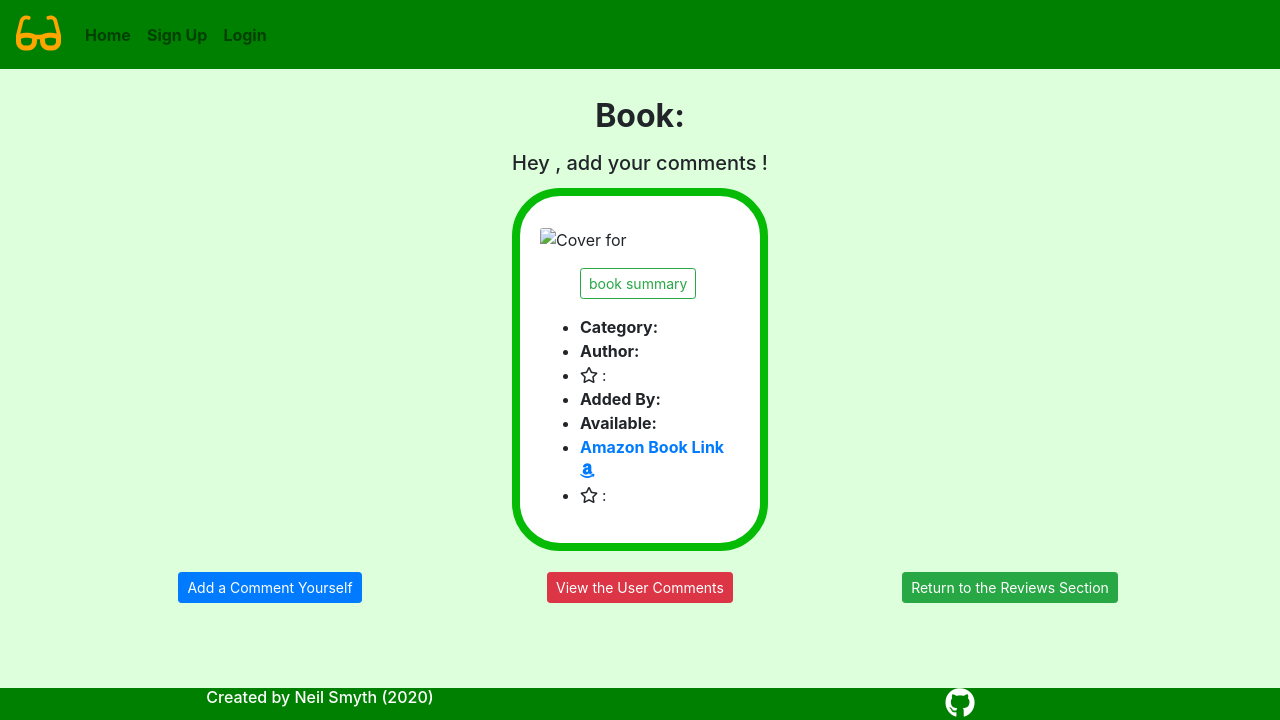
Repository: NeiloErnesto89/Data_Centric_Dev_Milestone_Project3
Page: templates/individual_book.html
The author's editor kept a record of every edit. The page is drawn from the files as they stood at one moment, then again after the next edit.
The browser window is 1280 px wide. The pictures show the whole page.
Some web libraries are served in a nearby version. The template is drawn by Flask 3. The application's start-up code is not run. Other server files are loaded and not shown. The template is opened directly, without the code that normally fills it, so the values that code supplies are empty.

Above is the page before.

### templates/individual_book.html
{% extends 'base.html' %} {% block content %}

<div class="container-fluid">

    <div class="row justify-content-center">

        <div class="col-md-12 text-center">
            <h2 class="add_header mt-3 mb-3"><strong>Book: {{ book.book_title }}</strong></h2>
            <h5>Hey {{ user.username }}, add your comments !</h5>
        </div>

        <div class="container-fluid">
            <div class="row justify-content-center">

                <div class="card" style="width: 16rem;">

                    <div class="card-body">

                        <h5 class="text-center card-title">{{book.book_title}}</h5>

                        <div><img class="book_image card-img-top mb-2" src="{{ book.pic }}" alt="Cover for {{ book.book_title }}"></div>

                        <ul>

                            <button class="mt-2 btn btn-outline-success btn-sm text-center" type="button" data-toggle="collapse" data-target="#collapse" aria-expanded="false" aria-controls="collapseExample">
                                book summary
                              </button>
                            </p>
                            <div class="collapse" id="collapse">
                                <div>
                                    {{book.summary}}
                                </div>
                            </div>

                            <li>
                                <b>Category:</b> {{book.category_name}}
                            </li>

                            <li>
                                <b>Author:</b> {{book.book_author}}
                            </li>

                            <li>
                                <b></b> <i class="far fa-star"> : </i> {{book.stars}}
                            </li>
                            <li>
                                <b>Added By:</b> {{book.added_by["username"]}}
                            </li>
                            <li>
                                <b>Available:</b> {{book.is_available}}
                            </li>

                            <li>
                                <a href="{{book.amazon}}"><b> Amazon Book Link <i class="fab fa-amazon"></i></b></a>
                            </li>
                            <li>
                                <b></b> <i class="far fa-star"> : </i> {{book.stars}}
                            </li>


                        </ul>

                    </div>
                </div>


            </div>
        </div>

        <div class="container-fluid mt-3">
            <div class="row">

                <div class="col-sm">

                    <div class='text-center'>
                        <a href="{{ url_for('comment_form') }}" class="btn btn-primary btn-sm">Add a Comment Yourself</a>
                    </div>
                </div>
                <div class="col-sm">
                    <div class="text-center">
                        <a class="btn btn-danger btn-sm"href="{{ url_for('all_comments', _user=book._id) }}" role="button" >View the User Comments</a>
                    </div>
                </div>
                <div class="col-sm">
                    <div class="text-center">
                        <a class="btn btn-success btn-sm" href="{{ url_for('all_reviews') }}" role="button">Return to the Reviews Section </a>
                    </div>
                </div>
                <hr>
            </div>
        </div>


    </div>

</div>

{% endblock %}

### templates/base.html
<!DOCTYPE html>
<html lang="en">

<head>
    <meta charset="UTF-8">
    <meta name="viewport" content="width=device-width, initial-scale=1.0">
    <meta http-equiv="X-UA-Compatible" content="ie=edge">

    <title>Book Reviews</title>

    <!-- Bootstrap -->
    <link rel="stylesheet" href="https://stackpath.bootstrapcdn.com/bootstrap/4.3.1/css/bootstrap.min.css" integrity="sha384-ggOyR0iXCbMQv3Xipma34MD+dH/1fQ784/j6cY/iJTQUOhcWr7x9JvoRxT2MZw1T" crossorigin="anonymous">

    <!-- Google Font-->

    <link href="https://fonts.googleapis.com/css?family=Montserrat:400,700" rel="stylesheet">

    <!-- Font Awesome-->

    <link rel="stylesheet" href="https://use.fontawesome.com/releases/v5.7.2/css/all.css" integrity="sha384-fnmOCqbTlWIlj8LyTjo7mOUStjsKC4pOpQbqyi7RrhN7udi9RwhKkMHpvLbHG9Sr" crossorigin="anonymous">

    <link rel="stylesheet" href="https://cdnjs.cloudflare.com/ajax/libs/font-awesome/4.7.0/css/font-awesome.min.css">

    <!-- CSS -->

    <link rel="stylesheet" href="{{url_for('static', filename='css/style.css')}}" type="text/css" />


</head>

<body>

<div class="cover-container d-flex mx-auto flex-column">

            <!--NavBar with Burger Icon-->

        <header class="nav-container">
            <nav class="navbar navbar-expand-lg navbar-light mb-1 text-center fixed-top">
                <a class="navbar-brand" data-target="#modalPopUp" data-toggle="modal"><i class="fas fa-glasses" style="font-size:40px;color:orange;"></i></a>
                <button class="navbar-toggler" type="button" data-toggle="collapse" data-target="#navbarTogglerDemo02" aria-controls="navbarTogglerDemo02" aria-expanded="false" aria-label="Toggle navigation">
                                <span class="navbar-toggler-icon"></span>
                              </button>
                <div class="collapse navbar-collapse" id="navbarTogglerDemo02">
                    <ul class="navbar-nav mr-auto mt-0 mt-lg-0">

                        <li class="nav-item">
                            <a class="nav-link" href="{{ url_for('index') }}"><b>Home</b></a>
                        </li>
                        <li class="nav-item">
                            <a class="nav-link" href="{{ url_for('signup') }}"><b>Sign Up</b></a>
                        </li>
                        <li class="nav-item">
                            <a class="nav-link" href="{{ url_for('login') }}"><b>Login</b></a>
                        </li>



                    </ul>
                </div>
            </nav>
        </header>

        <hr>

    <div class="container mt-5 mb-3">
            {% block content %}
            {% endblock %}
    </div>

    <hr>

        <!--FOOTER -->

        <div class="footer container-fluid">
            <div class="row justify-content-center">
                <div class="text-center col-xs-12 col-sm-6">

                    <h6>Created by Neil Smyth (2020)</h6>

                </div>
                <div class="text-center col-xs-12 col-sm-6">

                    <a href="https://github.com/NeiloErnesto89" target="_blank "><i class="fab fa-github" style="font-size:30px; color:white; "></i></a>

                </div>
            </div>
        </div> <!-- footer container-->

</div>    <!--Cover Container -->

    <!-- JQuery -->
    <script src="https://cdnjs.cloudflare.com/ajax/libs/jquery/3.2.1/jquery.min.js"></script>

    <!-- Bootstrap JS-->

    <script src="https://code.jquery.com/jquery-3.3.1.slim.min.js" integrity="sha384-q8i/X+965DzO0rT7abK41JStQIAqVgRVzpbzo5smXKp4YfRvH+8abtTE1Pi6jizo" crossorigin="anonymous"></script>
    <script src="https://cdnjs.cloudflare.com/ajax/libs/popper.js/1.14.7/umd/popper.min.js" integrity="sha384-UO2eT0CpHqdSJQ6hJty5KVphtPhzWj9WO1clHTMGa3JDZwrnQq4sF86dIHNDz0W1" crossorigin="anonymous"></script>
    <script src="https://stackpath.bootstrapcdn.com/bootstrap/4.3.1/js/bootstrap.min.js" integrity="sha384-JjSmVgyd0p3pXB1rRibZUAYoIIy6OrQ6VrjIEaFf/nJGzIxFDsf4x0xIM+B07jRM" crossorigin="anonymous"></script>

    <!-- JS File -->

    <script src="{{url_for('static', filename='js/script.js')}}"></script>


    <!--  <script type="text/javascript">
        $(document).ready(function() {
            $('.collapsible').collapsible();
        });
    </script>  -->
</body>

</html>

### static/css/style.css
body {
  background-color: #DEFFDC;
  display: flex;
 /* margin: 0; */
}

/*.cover-container {
  min-height: 100vh;
  padding-top: 70px;
  background-size: cover;
  align-items: center;
  justify-content: center;
  position: relative;
  overflow-x: hidden;
*/
  /*.nav-container {
    position: fixed;
    width: 100%;
    z-index: 1;
    top: 0;
    left: 0;
    padding-left: 0;
    padding-right: 0;
    margin-left: 0;
    margin-right: 0;
  } */

  .navbar {
    background-color: green;
  }

  .jumbotron {
    background-color: #ffa31a;
    margin-right: 3rem;
    margin-left: 3rem;
  }

  /* Paginate Button on All Reviews.html (taken from w3 schools*/
  .paginate {
    display: inline-block;
  }

  .paginate a {
    color: black;
    float: left;
    padding: 8px 16px;
    text-decoration: none;
    margin: 15px;
  }

  .paginate a.active {
    background-color: #4CAF50;
    color: white;
    border-radius: 5px;
  }

  .paginate a:hover:not(.active) {
    background-color: #ddd;
    border-radius: 5px;
  }

  /* all_reviews.html - book review cards*/
  .card {
    margin: 5px;
    border: 8px solid rgb(5, 187, 5);
    border-radius: 3rem;
  }

  /* Card Image */
  /*
  .card-img-top {
    width: 100%;
    height: 15vw;
    object-fit: cover;
}
  */

  /* MODAL */

  .modal {
    color: black;
    background-color: rgb(204, 255, 204, 0.8);
}

.modal-header {

    background-color: rgb(204, 255, 204);
    opacity: 0.8;

}

.modal-title {
    font-size: 34px;
    font-weight: bold;
    text-align: center;
    margin-left: 45px;
    padding: 5px;
    text-decoration: underline;
}


.modal-body {
    font-size: 15px;
    font-weight: bold;
    color: white;
    background-color: rgb(0, 153, 51);
    opacity: 0.8;
    text-align: center;
}

.modal-footer {
    background-color: rgb(204, 255, 204);
    opacity: 0.8;
}

.modal-header .close {
    margin: -10px;
}


  .footer {
    position: fixed;
    left: 0;
    bottom: 0;
    width: 100%;
    background-color: green;
    color: white;
    text-align: center;
  }

### static/js/script.js
/*$(document).ready(function() {

    $('#popUpModal').modal('show');
}); */

$(function () {
  $('[data-toggle="tooltip"]').tooltip()
})

After the next edit:
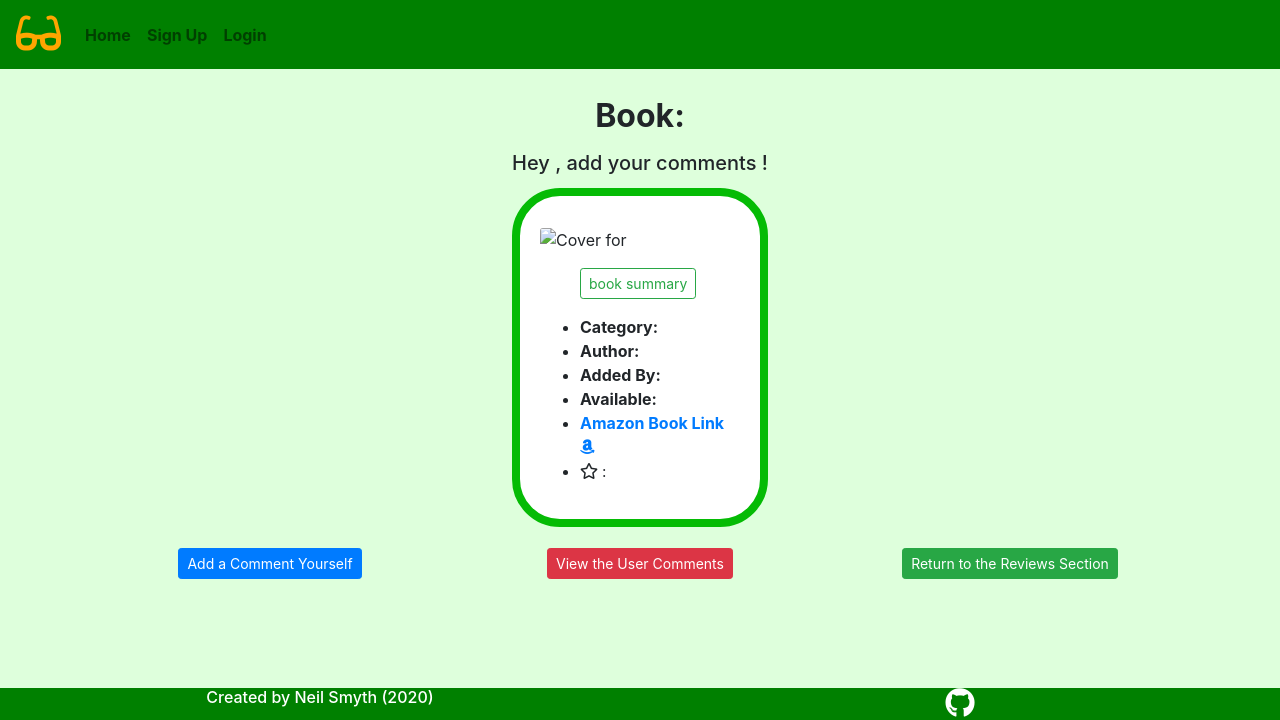
The edit:
--- a/templates/individual_book.html
+++ b/templates/individual_book.html
@@ -40,9 +40,6 @@
                                 <b>Author:</b> {{book.book_author}}
                             </li>
 
-                            <li>
-                                <b></b> <i class="far fa-star"> : </i> {{book.stars}}
-                            </li>
                             <li>
                                 <b>Added By:</b> {{book.added_by["username"]}}
                             </li>
